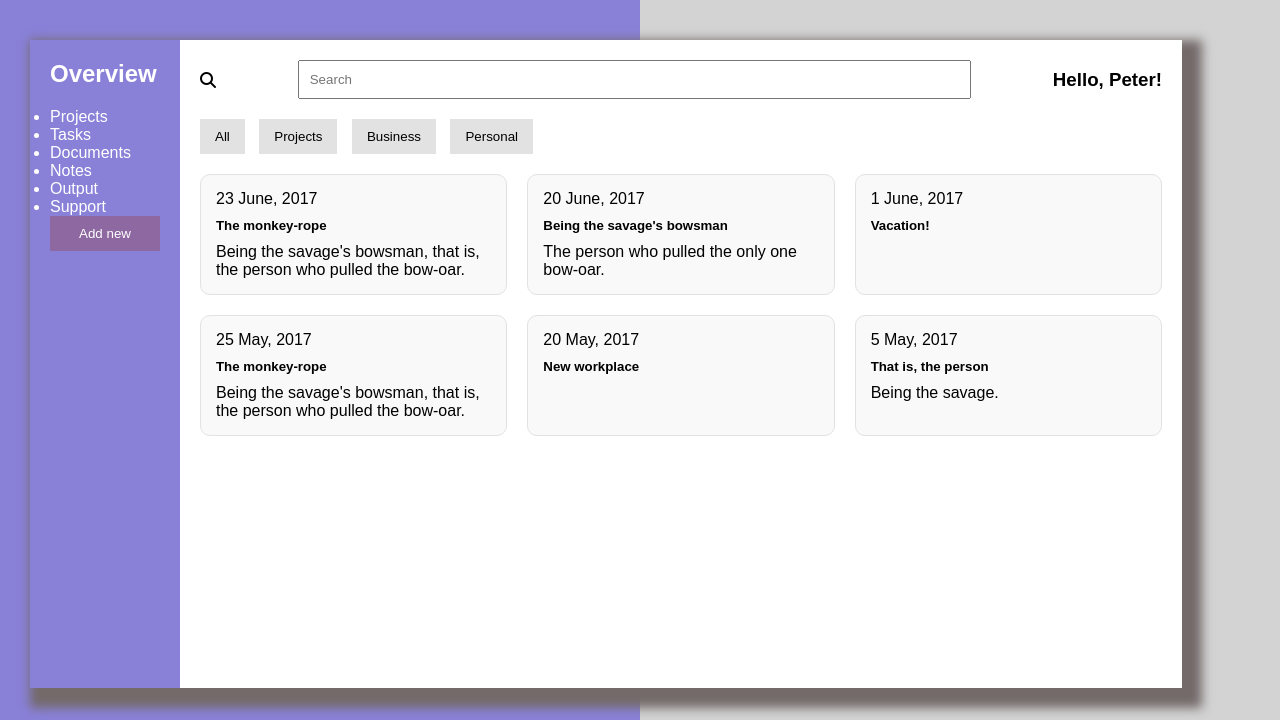
Repository: SatenikGabrielyan/HTML_CSS-_Assignment
Page: index.html
An editor plug-in stored every save of this project. The page is shown before and after a run of saves, followed by the edit.
The browser window is 1280 px wide. The pictures show the whole page.
Some web libraries are served in a nearby version.

Above is the page before, as saved 2025-03-17 20:38:53.

### index.html
<!DOCTYPE html>
<html lang="en">
  <head>
    <meta charset="UTF-8" />
    <meta name="viewport" content="width=device-width, initial-scale=1.0" />
    <title>Notes App</title>
    <link rel="stylesheet" href="./style.css" />
    <!-- Include Font Awesome for icons -->
    <!-- <link href="https://cdnjs.cloudflare.com/ajax/libs/font-awesome/6.0.0-beta3/css/all.min.css" rel="stylesheet"/> -->
    <script src="https://kit.fontawesome.com/858d305f19.js" crossorigin="anonymous"></script>
</head>
  <body>

      <div class="cont">
          <div class="purp"></div>
          <div class="whit"></div>
      </div>
    <div class="container">
<!--
      <nav class="sidebar">
        <div class="sidebar-header">
          <h2>Notes</h2>
        </div>
        <ul class="sidebar-list">
          <li><i class="fas fa-home"></i> Home</li>
          <li><i class="fas fa-search"></i> Search</li>
          <li><i class="fas fa-bell"></i> Notifications</li>
        </ul>
      </nav>

      <main class="main-content">
        <header>
          <div class="header-left">
            <p>Hello, Peter!</p>
          </div>
          <div class="header-right">
            <i class="fas fa-bell"></i>
            <button class="add-note-btn">
              <i class="fas fa-plus"></i> Add New Note
            </button>
          </div>
        </header>
        <section class="notes-grid">

          <div class="note-item image-note">
            <img src="https://via.placeholder.com/150" alt="Note Image" />
          </div>

          <div class="note-item text-note">
            <p>Sample text note content...</p>
          </div>

          <div class="note-item mixed-note">
            <img src="https://via.placeholder.com/150" alt="Note Image" />
            <p>Sample mixed note content...</p>
          </div>
        </section>
      </main> -->
      <aside class="sidebar">
        <header>
            <h2>Overview</h2>
        </header>
        <nav>
            <ul>
                <li>Projects</li>
                <li>Tasks</li>
                <li>Documents</li>
                <li>Notes</li>
                <li>Output</li>
                <li>Support</li>
            </ul>
        </nav>
        <button class="add-new">Add new</button>
    </aside>

    <main class="main-content">
       <div class="header">
        <!-- <ul >
            <li class="about"><a href="#search"><i class="fas fa-search"> Search</a></li>
            <li class="about" style="float:right"><a class="active" href="#about">Hello, Peter!</a></li>
            </ul>  -->
            <i class="fas fa-search"></i>  <input type="text" placeholder="Search">
            <h3>Hello, Peter!</h3>
    </div>
         <!-- <nav class="sidebar">
             <div class="sidebar-header">
              <h2>Notes</h2>
            </div>
            <ul class="sidebar-list">
            <li class="about"><a href="#search"><i class="fas fa-search"> Search</a></li>
            <li class="about" style="float:right"><a class="active" href="#about">Hello, Peter!</a></li>
            </ul>
          </nav>  -->

        <div class="tabs">
            <button>All</button>
            <button>Projects</button>
            <button>Business</button>
            <button>Personal</button>
        </div>
        <div class="notes-grid">
            <div class="note-card">
                <h4>23 June, 2017</h4>
                <h5>The monkey-rope</h5>
                <p>Being the savage's bowsman, that is, the person who pulled the bow-oar.</p>
            </div>
            <div class="note-card">
                <h4>20 June, 2017</h4>
                <h5>Being the savage's bowsman</h5>
                <p>The person who pulled the only one bow-oar.</p>
            </div>
            <div class="note-card">
                <h4>1 June, 2017</h4>
                <h5>Vacation!</h5>
            </div>
            <div class="note-card">
                <h4>25 May, 2017</h4>
                <h5>The monkey-rope</h5>
                <p>Being the savage's bowsman, that is, the person who pulled the bow-oar.</p>
            </div>
            <div class="note-card">
                <h4>20 May, 2017</h4>
                <h5>New workplace</h5>
            </div>
            <div class="note-card">
                <h4>5 May, 2017</h4>
                <h5>That is, the person</h5>
                <p>Being the savage.</p>
            </div>
        </div>
    </main>
    </div>

  </body>
</html>

### style.css
/* CSS Variables for Colors */
:root {
    --bg-color: #fbfbfb;
    --primary-color: #8981d8;
    --secondary-color: #d0d0d0;
    --text-color: #858499;
    --highlight-color: #7f77cc;
    --hover-color: rgba(137, 129, 216, 0.5);
  }


  * {
    margin: 0;
    padding: 0;
    box-sizing: border-box;
  }

  body {
    font-family: Arial, sans-serif;
    background-color: var(--bg-color);
    display: flex;
    height: 100vh;
  }
  .wrapper{
    position: relative;
  }
  .cont{
      display: flex;
      width: 100%;
      position: relative;
      z-index: -1;
      border-radius: 10px;
  }
.purp {
    width: 50%;
    background-color: var(--primary-color);
    flex-direction: row;
}
.whit {
    width: 50%;
    background-color: lightgray;
    flex-direction: row;
}
  .container {
    display: flex;
    width: 90%;
    height: 90%;

    box-shadow: 10px 10px 10px 10px rgb(116, 106, 106);
    margin-left: 30px;
    margin-right: 30px;
    margin-top: 40px;
    margin-bottom: 80px;
    background: center;
    position: absolute;
    z-index: 2;
  }

   .sidebar {
    width: 150px;
    background-color: var(--primary-color);
    color: #fff;
    display: flex;
    flex-direction: column;
    padding: 20px;
  }

  .main-content li {
    float: left;
  }

  .main-content li a {
    display: block;
    color: white;
    text-align: center;
    padding: 14px 16px;
    text-decoration: none;
  }

  .main-content li a:hover:not(.active) {
    background-color: #111;
  }

  .sidebar-header h2 {
    margin-bottom: 20px;
  }

  .sidebar-list {
    list-style: none;
  }

  .sidebar-list li {
    margin: 15px 0;
    display: flex;
    align-items: center;
    cursor: pointer;
  }

  .sidebar-list li i {
    margin-right: 10px;
  }

  .main-content {
    background-color: white;
    width: 200px;
    flex-grow: 1;
    padding: 20px;
    overflow-y: auto;
  }

   header {
    display: flex;
    justify-content: space-between;
    align-items: center;
    margin-bottom: 20px;
  }
  header input [type=text]{
    border: none;
  }
  /*
  .header-left p {
    font-size: 1.2em;
    color: var(--text-color);
  }

  .header-right {
    display: flex;
    align-items: center;
  }

  .header-right i {
    margin-right: 20px;
    cursor: pointer;
  }

  .add-note-btn {
    background-color: var(--primary-color);
    color: #fff;
    border: none;
    padding: 10px 20px;
    cursor: pointer;
    display: flex;
    align-items: center;
  }

  .add-note-btn i {
    margin-right: 10px;
  }


  .notes-grid {
    display: grid;
    grid-template-columns: repeat(auto-fill, minmax(300px, 1fr));
    gap: 20px;
  }

  .note-item {
    background-color: #fff;
    border-radius: 8px;
    box-shadow: 0 2px 4px rgba(0, 0, 0, 0.1);
    overflow: hidden;
    display: flex;
    flex-direction: column;
    padding: 20px;
  }

  .note-item img {
    width: 100%;
    height: auto;
    border-radius: 8px;
    margin-bottom: 15px;
  }

  .note-item p {
    color: var(--text-color);
    font-size: 1em;
    line-height: 1.5;
  }


  .sidebar-list li:hover {
    background-color: var(--highlight-color);
    transition: background-color 0.3s ease;
  }


  @media (max-width: 768px) {
    .container {
      flex-direction: column;
    }

    .sidebar {
      width: 100%;
      flex-direction: row;
      justify-content: space-around;
      padding: 10px;
    }

    .sidebar-list {
      display: flex;
      flex-direction: row;
      gap: 15px;
    }

    .sidebar-list li {
      margin: 0;
    }

    .main-content {
      padding: 10px;
    }

    header {
      flex-direction: column;
      align-items: flex-start;
    }

    .header-right {
      margin-top: 10px;
    }

    .notes-grid {
      grid-template-columns: 1fr;
    }

    .note-item {
      padding: 10px;
    }

    .note-item img {
      margin-bottom: 10px;
    }
  } */
  /* .sidebar {
    background-color: #5e4b9a;
    color: white;
    width: 300px;
    padding: 20px;
} */

/* .sidebar header {
    font-size: 24px;
}

.sidebar nav ul {
    list-style: none;
    padding: 0;
}

.sidebar nav ul li {
    margin: 15px 0;
} */

.add-new {
    background-color: #8e68a0;
    color: white;
    border: none;
    padding: 10px;
    cursor: pointer;
}

.main-content {
    flex: 1;
    padding: 20px;
    background-color: white;
}

.header {
    display: flex;
    justify-content: space-between;
    align-items: center;
}

.header input {
    padding: 10px;
    width: 70%;
}

.header h3 {
    margin: 0;
}

.tabs {
    margin: 20px 0;
}

.tabs button {
    margin-right: 10px;
    padding: 10px 15px;
    border: none;
    background-color: #e2e2e2;
    cursor: pointer;
}

.notes-grid {
    display: grid;
    grid-template-columns: repeat(auto-fill, minmax(240px, 1fr));
    gap: 20px;
}

.note-card {
    border: 1px solid #e2e2e2;
    border-radius: 10px;
    padding: 15px;
    background-color: #f9f9f9;
}

.note-card h4 {
    margin: 0;
    font-weight: normal;
}

.note-card h5 {
    margin: 10px 0;
}

After the next 2 saves:
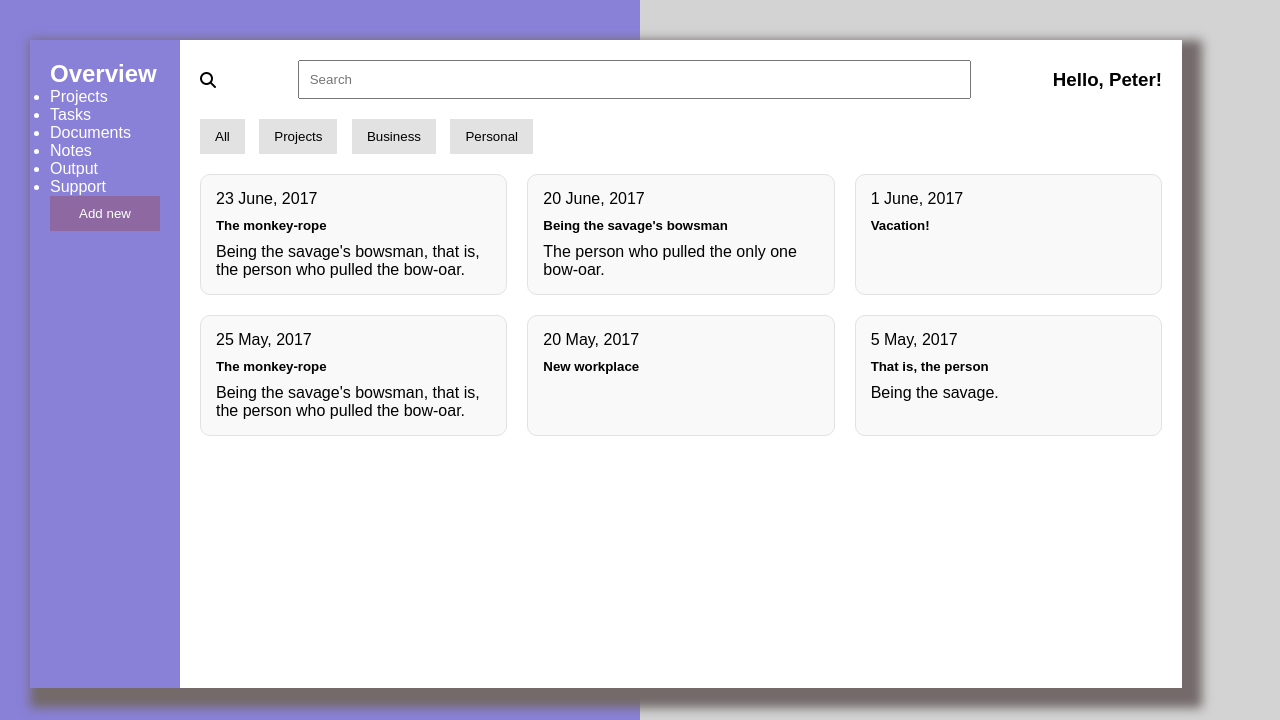
The 2 saves are shown as one change because they came seconds apart.
The last was saved 96 s later.
--- a/style.css
+++ b/style.css
@@ -108,15 +108,13 @@
     overflow-y: auto;
   }
 
-   header {
+   /* header {
     display: flex;
     justify-content: space-between;
     align-items: center;
     margin-bottom: 20px;
-  }
-  header input [type=text]{
-    border: none;
-  }
+  } */
+
   /*
   .header-left p {
     font-size: 1.2em;
